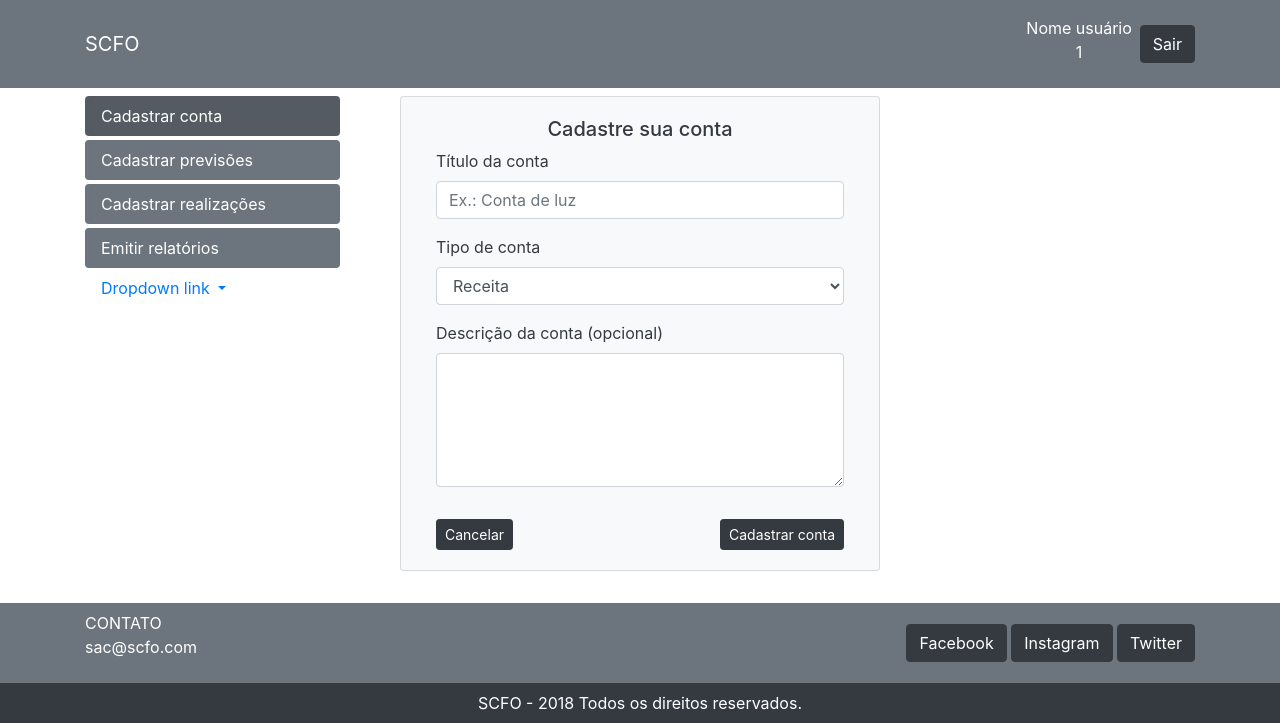
Repository: MaickSilva/scfoheroku
Page: http://localhost/cadastrarConta.php
The author's editor kept a record of every edit. The page is drawn from the files as they stood at one moment, then again after the next edit.
The browser window is 1280 px wide. The pictures show the whole page.
Some web libraries are served in a nearby version. The page is run by PHP 8.4 with error messages shown; the project is at /var/www/html/. The session is filled in as if someone had signed in: {"UsuarioLog": true, "cpf": 1, "senha": 1}. Other server files are loaded and not shown.

Above is the page before.

### workspace/cadastrarConta.php
<?php include "header.php" ?>
<?php
    session_start();
    if(!isset($_SESSION['UsuarioLog'])){
        header("Location: index.php");
        session_destroy();
    }

    if(isset($_GET['logout'])){
        session_destroy();
        header("Location: index.php");
    }
?>
    <?php include "navbarLogado.php" ?>

    <div class="container mb-3">
        <div class="row">
            <div class="col-12 col-sm-12 col-md-4 col-lg-3">
                <div class="nav flex-column nav-pills mt-2" id="v-pills-tab" role="tablist" aria-orientation="vertical">
                    <a href="cadastrarConta.php" class="nav-link btn-secondary active" id="cadastroConta" role="tab" aria-controls="v-pills-contas" aria-selected="true">Cadastrar conta</a>
                    <a href="cadastrarPrevisao.php" class="nav-link btn-secondary mt-1" id="v-pills-profile-tab" href="#v-pills-profile" role="tab" aria-controls="v-pills-profile" aria-selected="false">Cadastrar previsões</a>
                    <a href="inserirValores.php" class="nav-link btn-secondary mt-1" id="inserirValores" role="tab" aria-controls="v-pills-valores" aria-selected="false">Cadastrar realizações</a>
                    <a href="emitirRelatorio.php" class="nav-link btn-secondary mt-1" id="v-pills-settings-tab" role="tab" aria-controls="v-pills-settings" aria-selected="false">Emitir relatórios</a>
                    <div class="nav-item dropdown">
                        <a class="nav-link dropdown-toggle" href="http://example.com" id="navbarDropdownMenuLink" data-toggle="dropdown" aria-haspopup="true"
                            aria-expanded="false">
                        Dropdown link
                        </a>
                        <div class="dropdown-menu" aria-labelledby="navbarDropdownMenuLink">
                            <a class="dropdown-item" href="#">Action</a>
                            <a class="dropdown-item" href="#">Another action</a>
                            <a class="dropdown-item" href="#">Something else here</a>
                        </div>
                    </div>
                </div>
            </div>
            <div class="col-12 col-sm-12 col-md-8 col-lg-6">
                <div class="card text-white bg-light mb-3 mt-2 mx-auto" style="max-width: 30rem;">
                    <div class="card-body">
                        <div class="container ">
                            <form class="mx-auto text-dark " style="width: auto;" "card-text">
                                <div class="container text-center">
                                    <h5>Cadastre sua conta</h5>
                                </div>
                                <div class="form-group">
                                    <label for="exampleInputCpf">Título da conta</label>
                                    <input type="text" class="form-control" id="tituloconta" placeholder="Ex.: Conta de luz" name="titulo">
                                </div>
                                <div class="form-group">
                                    <label for="tipoConta">Tipo de conta</label>
                                    <select class="form-control">
                                        <option>Receita</option>
                                        <option>Despesa</option>
                                    </select>
                                </div>
                                <div>
                                    <div class="form-group">
                                        <label for="descricaodaConta">Descrição da conta (opcional)</label>
                                        <textarea class="form-control" id="descricaoConta" rows="5"></textarea>
                                    </div>
                                </div>
                                <button type="submit" class="btn btn-dark float-right mt-3 btn-sm col-">Cadastrar conta</button>
                                <a href="logado.php">
                                    <button type="button" class="btn btn-dark mt-3 btn-sm col-">Cancelar</button>
                                </a>

                            </form>
                        </div>
                    </div>
                </div>
            </div>
        </div>
    </div>


<?php include "footer.php" ?>

</body>
</html>

### workspace/header.php
<!DOCTYPE html>
<html lang="pt-br">

<head>
    <meta charset="utf-8">
    <meta http-equiv="X-UA-Compatible" content="IE=edge">
    <meta name="viewport" content="width=device-width, initial-scale=1">
    <title>Sistema de Controle Financeiro Orçamentário</title>

    <!-- Bootstrap CSS-->
    <link rel="stylesheet" href="css/bootstrap.min.css">
    <link rel="stylesheet" href="css/style.css">

    <link rel="stylesheet" href="https://use.fontawesome.com/releases/v5.0.12/css/all.css" integrity="sha384-G0fIWCsCzJIMAVNQPfjH08cyYaUtMwjJwqiRKxxE/rx96Uroj1BtIQ6MLJuheaO9" crossorigin="anonymous">

    <!-- Formatação de textos -->
    <script>
        function formatar(mascara, documento){
          var i = documento.value.length;
          var saida = mascara.substring(0,1);
          var texto = mascara.substring(i)

          if (texto.substring(0,1) != saida){
                    documento.value += texto.substring(0,1);
          }

        }
    </script>
</head>

<body>

### workspace/navbarLogado.php
<nav class="navbar navbar-expand-md navbar-dark bg-secondary ">
    <div class="container">
        <a class="navbar-brand " href="logado.php">SCFO</a>
        <form class="form-inline">
            <ul class="list-unstyled text-white text-center ml-2 mr-2 pt-2">
                <li>
                    <p class="mb-0 ">Nome usuário</p>
                </li>
                <li>
                    <?php
                    echo " ".$_SESSION['cpf']
                    ?>

                </li>
            </ul>
            <button type="button" class="btn btn-dark">Sair</button>
        </form>
    </div>
</nav>

### workspace/footer.php


    <footer class="container-fluid navbar navbar-expand-md navbar-dark bg-secondary">
        <div class="container text-white">
            <p>CONTATO<br>
            <span>sac@scfo.com</span></p>

          <nav class="float-right">
              <span>
                  <button class="btn btn-dark">Facebook</button>
                  <button class="btn btn-dark">Instagram</button>
                  <button class="btn btn-dark">Twitter</button>
              </span>
          </nav>
        </div>
    </footer>

    <div class="container-fluid bg-dark text-center text-white p-2">SCFO - 2018 Todos os direitos reservados.</div>

  <script src="js/jquery-3.3.1.slim.min.js"></script>
  <script src="js/popper.min.js"></script>
  <script src="js/bootstrap.min.js"></script>

Loaded but not shown: workspace/css/bootstrap.min.css (library); workspace/js/jquery-3.3.1.slim.min.js (library); workspace/js/popper.min.js (library); workspace/js/bootstrap.min.js (library); workspace/css/style.css (no stored copy; drawn as an empty file)

After the next edit:
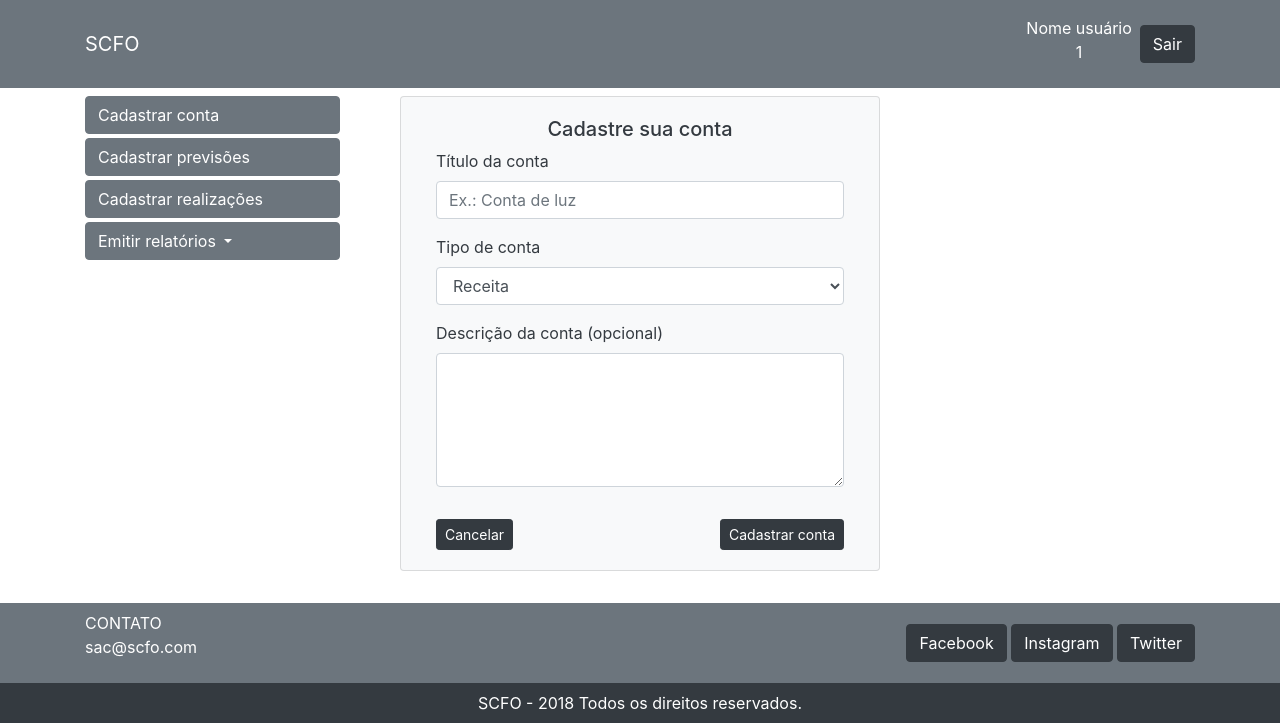
The edit:
--- a/workspace/cadastrarConta.php
+++ b/workspace/cadastrarConta.php
@@ -16,24 +16,22 @@
     <div class="container mb-3">
         <div class="row">
             <div class="col-12 col-sm-12 col-md-4 col-lg-3">
-                <div class="nav flex-column nav-pills mt-2" id="v-pills-tab" role="tablist" aria-orientation="vertical">
-                    <a href="cadastrarConta.php" class="nav-link btn-secondary active" id="cadastroConta" role="tab" aria-controls="v-pills-contas" aria-selected="true">Cadastrar conta</a>
-                    <a href="cadastrarPrevisao.php" class="nav-link btn-secondary mt-1" id="v-pills-profile-tab" href="#v-pills-profile" role="tab" aria-controls="v-pills-profile" aria-selected="false">Cadastrar previsões</a>
-                    <a href="inserirValores.php" class="nav-link btn-secondary mt-1" id="inserirValores" role="tab" aria-controls="v-pills-valores" aria-selected="false">Cadastrar realizações</a>
-                    <a href="emitirRelatorio.php" class="nav-link btn-secondary mt-1" id="v-pills-settings-tab" role="tab" aria-controls="v-pills-settings" aria-selected="false">Emitir relatórios</a>
-                    <div class="nav-item dropdown">
-                        <a class="nav-link dropdown-toggle" href="http://example.com" id="navbarDropdownMenuLink" data-toggle="dropdown" aria-haspopup="true"
-                            aria-expanded="false">
-                        Dropdown link
+                    <div class="nav flex-column nav-pills mt-2" id="v-pills-tab" role="tablist" aria-orientation="vertical">
+                        <a href="cadastrarConta.php" class="btn btn-secondary text-left" id="cadastroConta" role="tab" aria-controls="v-pills-home" aria-selected="false">Cadastrar conta</a>
+                        <a href="cadastrarPrevisao.php" class="btn btn-secondary mt-1 text-left" id="v-pills-profile-tab" role="tab" aria-controls="v-pills-profile" aria-selected="false">Cadastrar previsões</a>
+                        <a href="inserirValores.php" class="btn btn-secondary mt-1 text-left" id="inserirValores" role="tab" aria-controls="v-pills-valores" aria-selected="false">Cadastrar realizações</a>
+                        <a class="dropdown">
+                          <a class="btn btn-secondary dropdown-toggle mt-1 text-white text-left" id="dropdownMenuLink" aria-controls="v-pills-valores" role="tab" data-toggle="dropdown" aria-haspopup="true" aria-expanded="false">
+                            Emitir relatórios
+                          </a>
+                          <div class="dropdown-menu" aria-labelledby="dropdownMenuLink">
+                            <a class="dropdown-item" href="Relatorio.php">Relatorio 1</a>
+                            <a class="dropdown-item" href="#">Relatorio 2</a>
+                            <a class="dropdown-item" href="#">Relatorio 3</a>
+                          </div>
                         </a>
-                        <div class="dropdown-menu" aria-labelledby="navbarDropdownMenuLink">
-                            <a class="dropdown-item" href="#">Action</a>
-                            <a class="dropdown-item" href="#">Another action</a>
-                            <a class="dropdown-item" href="#">Something else here</a>
-                        </div>
                     </div>
                 </div>
-            </div>
             <div class="col-12 col-sm-12 col-md-8 col-lg-6">
                 <div class="card text-white bg-light mb-3 mt-2 mx-auto" style="max-width: 30rem;">
                     <div class="card-body">
